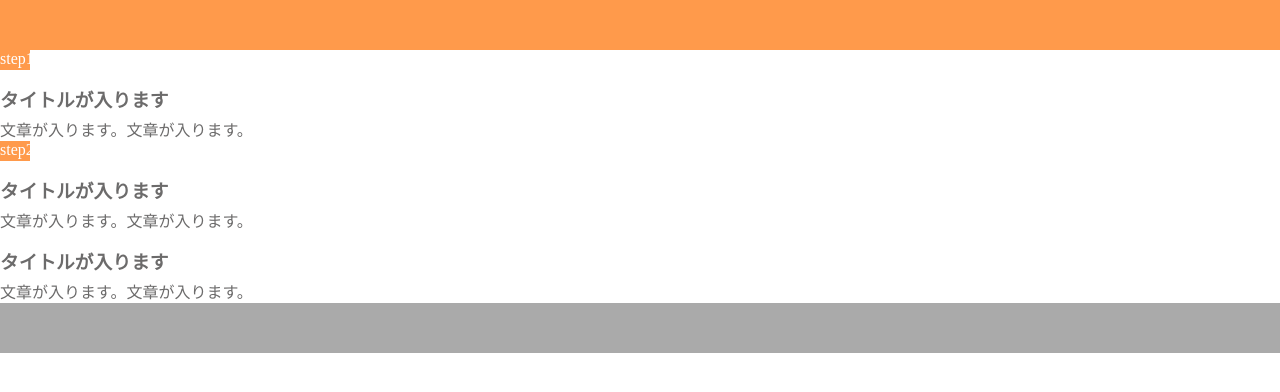
Repository: Yuki-Kawagoe/chapter4
Page: chapter9/index.html
The author's editor kept a record of every edit. The page is drawn from the files as they stood at one moment, then again after the next edit.
The browser window is 1280 px wide. The pictures show the whole page.

Above is the page before.

After the next edit:
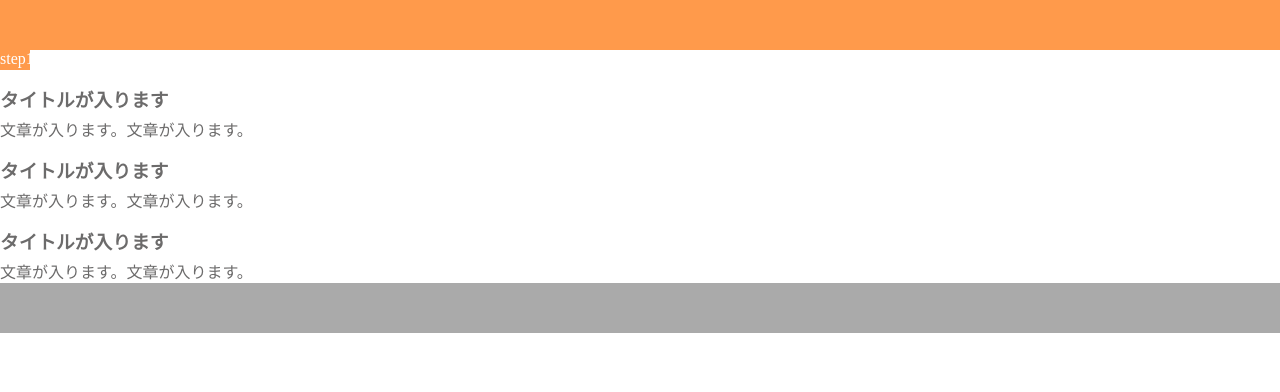
The edit:
--- a/chapter9/index.html
+++ b/chapter9/index.html
@@ -22,7 +22,7 @@
     <div class="step-box2">
       <div class="step-img">
 
-      <p class="sub">step2</p>
+
         <h3 class="main-title">タイトルが入ります</h3>
           <p class="main-text">文章が入ります。文章が入ります。</p>
     </div>
